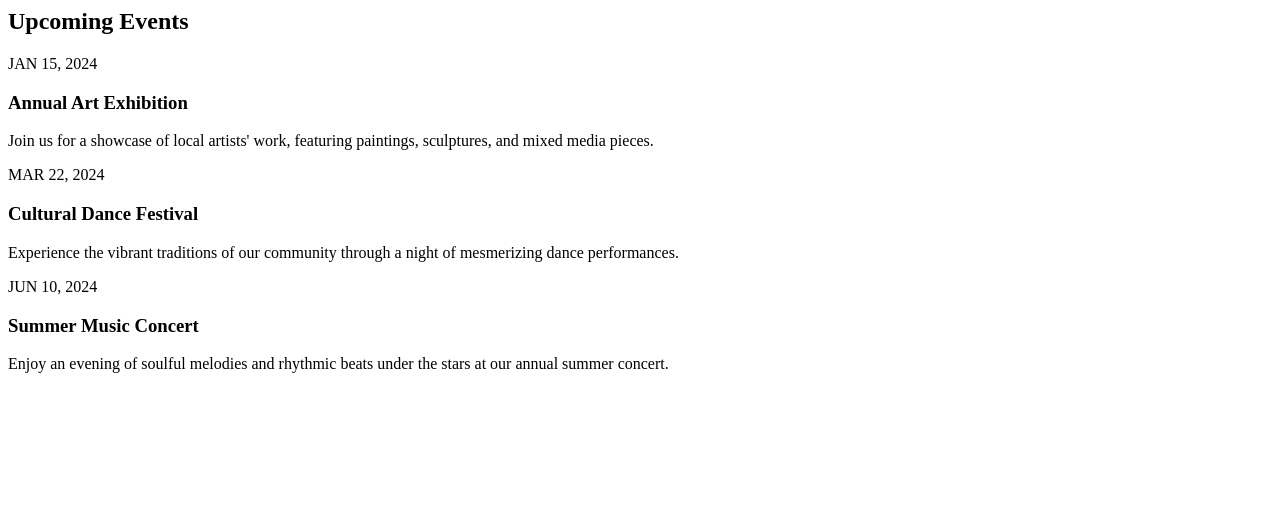
Repository: Aryansin1234/website
Page: components/events/events.html
The author's editor kept a copy of each file at every save. The page is drawn from the files as they stood at one save, then again after the next save.
The browser window is 1280 px wide. The pictures show the whole page.

Above is the page before, as saved 2024-10-15 23:00:04.

After the next save:
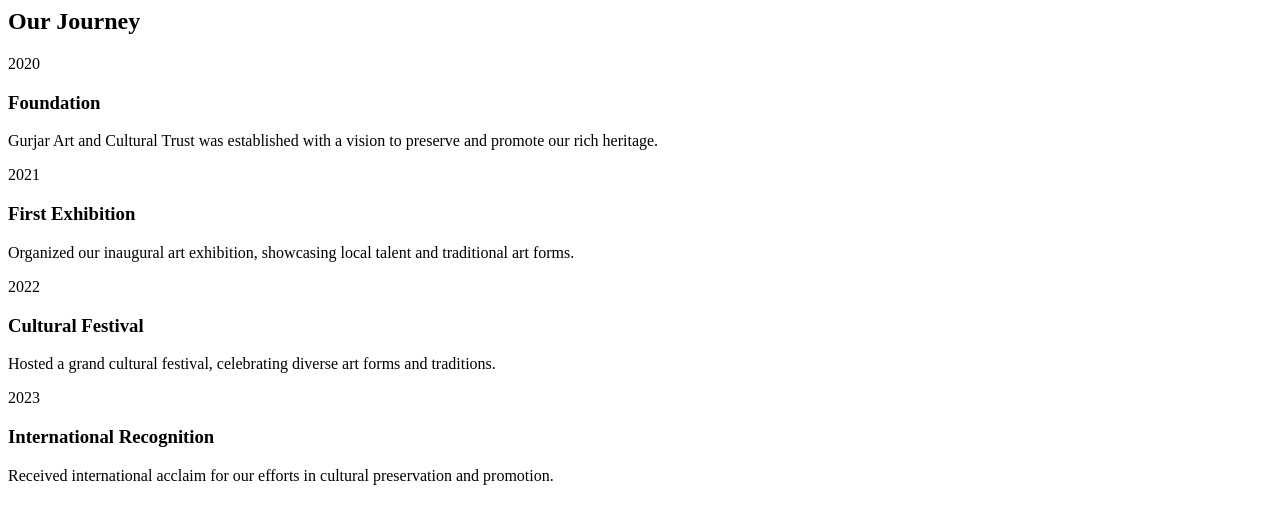
Saved 2 min 22 s later.
--- a/components/events/events.html
+++ b/components/events/events.html
@@ -1,25 +1,40 @@
-<section id="events" class="py-20 bg-gradient-to-r from-gray-100 to-white overflow-hidden">
+<section id="events" class="py-20 bg-gradient-to-b from-gray-100 to-white">
     <div class="container mx-auto px-4">
-        <h2 class="text-4xl md:text-5xl font-bold text-center mb-16 text-primary-color">Upcoming Events</h2>
+        <h2 class="text-4xl md:text-5xl font-bold text-center mb-16 text-primary-color">Our Journey</h2>
 
-        <div class="timeline-container">
-            <div class="timeline-track">
-                <div class="timeline-event">
-                    <div class="event-date">JAN 15, 2024</div>
-                    <h3 class="event-title">Annual Art Exhibition</h3>
-                    <p class="event-description">Join us for a showcase of local artists' work, featuring paintings, sculptures, and mixed media pieces.</p>
+        <div class="timeline relative">
+            <div class="timeline-line absolute left-1/2 top-0 bottom-0 w-1 bg-primary-color transform -translate-x-1/2"></div>
+
+            <div class="timeline-event left">
+                <div class="timeline-content">
+                    <div class="event-date">2020</div>
+                    <h3 class="event-title">Foundation</h3>
+                    <p class="event-description">Gurjar Art and Cultural Trust was established with a vision to preserve and promote our rich heritage.</p>
                 </div>
-                <div class="timeline-event">
-                    <div class="event-date">MAR 22, 2024</div>
-                    <h3 class="event-title">Cultural Dance Festival</h3>
-                    <p class="event-description">Experience the vibrant traditions of our community through a night of mesmerizing dance performances.</p>
+            </div>
+
+            <div class="timeline-event right">
+                <div class="timeline-content">
+                    <div class="event-date">2021</div>
+                    <h3 class="event-title">First Exhibition</h3>
+                    <p class="event-description">Organized our inaugural art exhibition, showcasing local talent and traditional art forms.</p>
                 </div>
-                <div class="timeline-event">
-                    <div class="event-date">JUN 10, 2024</div>
-                    <h3 class="event-title">Summer Music Concert</h3>
-                    <p class="event-description">Enjoy an evening of soulful melodies and rhythmic beats under the stars at our annual summer concert.</p>
+            </div>
+
+            <div class="timeline-event left">
+                <div class="timeline-content">
+                    <div class="event-date">2022</div>
+                    <h3 class="event-title">Cultural Festival</h3>
+                    <p class="event-description">Hosted a grand cultural festival, celebrating diverse art forms and traditions.</p>
                 </div>
-                <!-- Add more events as needed -->
+            </div>
+
+            <div class="timeline-event right">
+                <div class="timeline-content">
+                    <div class="event-date">2023</div>
+                    <h3 class="event-title">International Recognition</h3>
+                    <p class="event-description">Received international acclaim for our efforts in cultural preservation and promotion.</p>
+                </div>
             </div>
         </div>
     </div>
